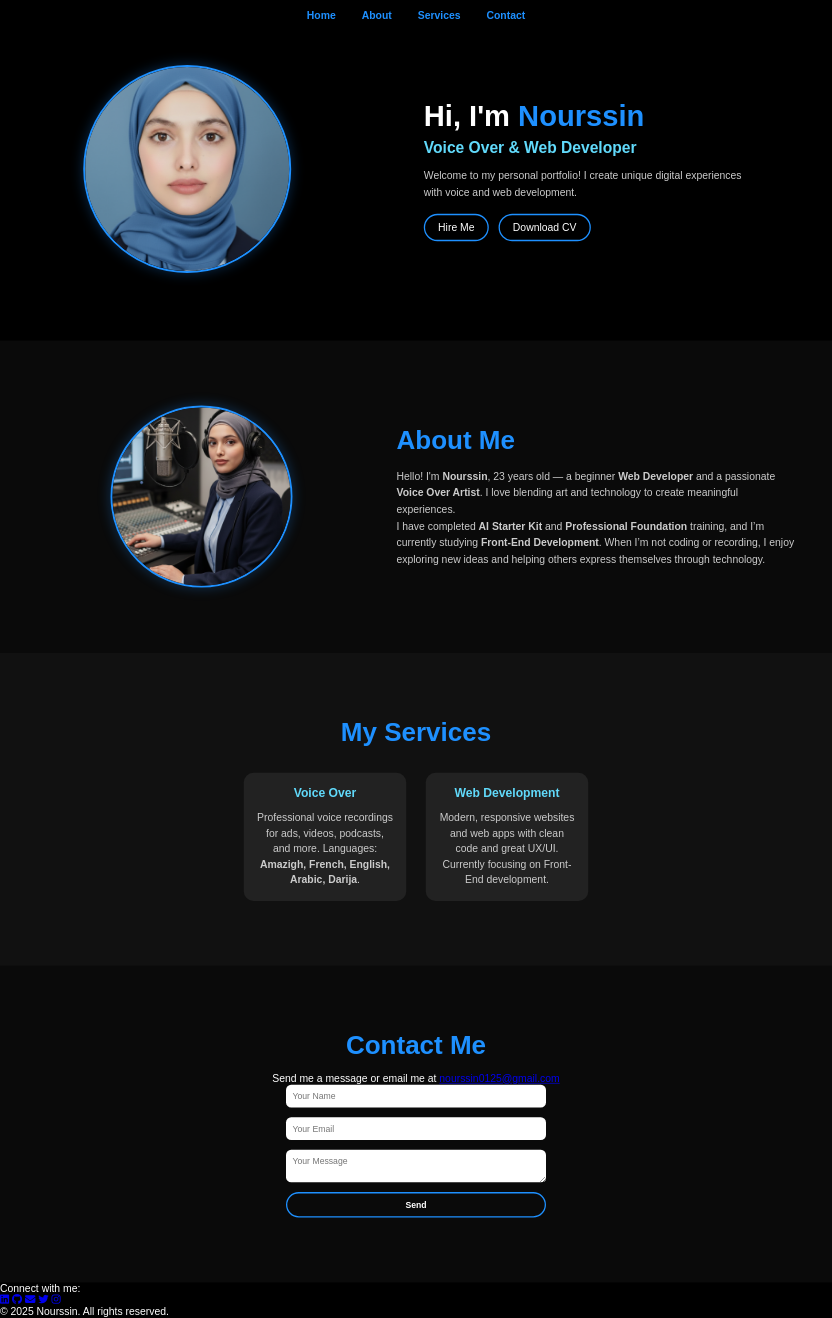
Repository: Abidar-Noura/portfolio
Page: index.html
An editor plug-in stored every save of this project. The page is shown before and after the next save, followed by the edit.
The browser window is 1280 px wide. The pictures show the whole page, at 65% of full size.

Above is the page before, as saved 2025-11-02 13:27:19.

### index.html
<!DOCTYPE html>
<html lang="en">
<head>
  <link rel="stylesheet" href="https://cdnjs.cloudflare.com/ajax/libs/font-awesome/6.4.0/css/all.min.css"/>
  <meta charset="UTF-8">
  <meta name="viewport" content="width=device-width, initial-scale=1.0">
  <title>Portfolio - Nourssin</title>
  <link rel="stylesheet" href="style.css">
</head>
<body>

  <!-- ===== HEADER / NAVIGATION ===== -->
  <header>
    <nav>
      <ul>
        <li><a href="#home">Home</a></li>
        <li><a href="#about">About</a></li>
        <li><a href="#services">Services</a></li>
        <li><a href="#contact">Contact</a></li>
      </ul>
    </nav>
  </header>

  <!-- ===== HOME SECTION ===== -->
  <section class="home" id="home">
    <div class="home-content">
      <h1>Hi, I'm <span>Nourssin</span></h1>
      <h2>Voice Over & Web Developer</h2>
      <p>Welcome to my personal portfolio! I create unique digital experiences with voice and web development.</p>

      <div class="buttons">
        <a href="#contact" class="btn hire">Hire Me</a>
        <a href="files/Nourssin-CV.pdf" class="btn" download>Download CV</a>

      </div>
    </div>
    <div class="home-img">
      <img src="images/profile.png" alt="Nourssin Profile">
    </div>
  </section>



  <!-- ===== ABOUT SECTION ===== -->
 <section id="about" class="about">
  <div class="about-content">

    <!-- الصورة فاليسار -->
    <div class="about-img">
      <img src="images/nourssin-about.png" alt="Nourssin About Photo">
    </div>

    <!-- النص فاليمين -->
    <div class="about-text">
      <h2>About Me</h2>
      <p>
        Hello! I'm <strong>Nourssin</strong>, 23 years old — a beginner <strong>Web Developer</strong> and a passionate <strong>Voice Over Artist</strong>.
        I love blending art and technology to create meaningful experiences.
      </p>
      <p>
        I have completed <strong>AI Starter Kit</strong> and <strong>Professional Foundation</strong> training, and I’m currently studying <strong>Front-End Development</strong>.
        When I’m not coding or recording, I enjoy exploring new ideas and helping others express themselves through technology.
      </p>
    </div>

  </div>
</section>




  <!-- ===== SERVICES SECTION ===== -->
  <section id="services" class="services">
  <h2>My Services</h2>

  <div class="service-cards">

    <!-- Voice Over -->
    <div class="card">
      <h3>Voice Over</h3>
      <p>
        Professional voice recordings for ads, videos, podcasts, and more.
        Languages: <strong>Amazigh, French, English, Arabic, Darija</strong>.
      </p>
    </div>

    <!-- Web Development -->
    <div class="card">
      <h3>Web Development</h3>
      <p>
        Modern, responsive websites and web apps with clean code and great UX/UI.
        Currently focusing on Front-End development.
      </p>
    </div>

  </div>
</section>

  <!-- ===== CONTACT SECTION ===== -->
  <section class="contact" id="contact">
    <h2>Contact Me</h2>
    <p>Send me a message or email me at <a href="mailto:nourssin0125@gmail.com">nourssin0125@gmail.com</a></p>
    <form>
      <input type="text" placeholder="Your Name" required>
      <input type="email" placeholder="Your Email" required>
      <textarea placeholder="Your Message" required></textarea>
      <button type="submit">Send</button>
    </form>
  </section>
<!-- ===== FOOTER ===== -->
<footer>
  <p>Connect with me:</p>
  <div class="footer-socials">
    <a href="https://www.linkedin.com/in/nourssin" target="_blank"><i class="fab fa-linkedin"></i></a>
    <a href="https://github.com/Nourssin" target="_blank"><i class="fab fa-github"></i></a>
    <a href="mailto:nourssin@example.com"><i class="fas fa-envelope"></i></a>
    <a href="https://twitter.com/Nourssin" target="_blank"><i class="fab fa-twitter"></i></a>
    <a href="https://instagram.com/Nourssin" target="_blank"><i class="fab fa-instagram"></i></a>
  </div>
  <p>&copy; 2025 Nourssin. All rights reserved.</p>
</footer>

</body>
</html>

### style.css
/* ===== RESET ===== */
* {
  margin: 0;
  padding: 0;
  box-sizing: border-box;
  font-family: 'Poppins', sans-serif;
}

/* ===== BODY ===== */
body {
  background-color: #000;
  color: #fff;
  scroll-behavior: smooth;
}

/* ===== HEADER ===== */
header {
  position: fixed;
  top: 0;
  width: 100%;
  background-color: #000;
  z-index: 1000;
  padding: 15px 0;
}

header nav ul {
  display: flex;
  justify-content: center;
  list-style: none;
  gap: 40px;
}

header nav ul li a {
  text-decoration: none;
  color: #1E90FF;
  font-weight: bold;
  transition: 0.3s;
}

header nav ul li a:hover {
  color: #61dafb;
}

/* ===== HOME SECTION ===== */
.home {
  display: flex;
  align-items: center;
  justify-content: space-between;
  padding: 100px 10%;
  background-color: #000;
  color: #fff;
  flex-wrap: wrap;
}

/* الصورة فاليسار */
.home-img {
  order: 1;
}

.home-img img {
  width: 320px;
  height: 320px;
  border-radius: 50%;
  border: 3px solid #1E90FF;
  object-fit: cover;
  box-shadow: 0 0 20px rgba(30,144,255,0.3);
  transition: transform 0.3s ease;
}

.home-img img:hover {
  transform: scale(1.05) rotate(2deg);
}

/* النص فاليمين */
.home-content {
  max-width: 500px;
  order: 2;
}

.home-content h1 {
  font-size: 2.8rem;
  margin-bottom: 10px;
}

.home-content h1 span {
  color: #1E90FF;
}

.home-content h2 {
  color: #61dafb;
  font-size: 1.5rem;
  margin-bottom: 15px;
}

.home-content p {
  color: #ccc;
  margin-bottom: 20px;
  line-height: 1.6;
}

.buttons {
  display: flex;
  gap: 15px;
}

.btn {
  text-decoration: none;
  color: white;
  padding: 10px 20px;
  border: 2px solid #1E90FF;
  border-radius: 25px;
  transition: 0.3s;
}

.btn:hover {
  background-color: #1E90FF;
  color: black;
}

/* ===== ABOUT SECTION ===== */
.about {
  padding: 100px 50px;
  background-color: #0a0a0a;
  color: #fff;
}

.about-content {
  display: flex;
  align-items: center;
  justify-content: space-between;
  gap: 40px;
  flex-wrap: wrap;
}

.about-text {
  flex: 1 1 400px;
}

.about-text h2 {
  color: #1E90FF;
  font-size: 2.5rem;
  margin-bottom: 20px;
}

.about-text p {
  color: #ccc;
  line-height: 1.6;
}

.about-img {
  flex: 1 1 300px;
  display: flex;
  justify-content: center;
}

.about-img img {
  width: 280px;
  height: 280px;
  border-radius: 50%;
  border: 3px solid #1E90FF;
  object-fit: cover;
  box-shadow: 0 0 20px rgba(30,144,255,0.3);
}

/* ===== SERVICES SECTION ===== */
.services {
  padding: 100px 50px;
  background-color: #111;
  color: #fff;
  text-align: center;
}

.services h2 {
  color: #1E90FF;
  margin-bottom: 40px;
  font-size: 2.5rem;
}

.service-cards {
  display: flex;
  flex-wrap: wrap;
  gap: 30px;
  justify-content: center;
}

.card {
  background-color: #222;
  padding: 20px;
  border-radius: 15px;
  width: 250px;
  transition: transform 0.3s, box-shadow 0.3s;
}

.card:hover {
  transform: translateY(-10px);
  box-shadow: 0 10px 20px rgba(30, 144, 255, 0.5);
}

.card h3 {
  color: #61dafb;
  margin-bottom: 15px;
}

.card p {
  color: #ccc;
  line-height: 1.5;
}

/* ===== CONTACT SECTION ===== */
.contact {
  padding: 100px 50px;
  background-color: #0a0a0a;
  color: #fff;
  text-align: center;
}

.contact h2 {
  color: #1E90FF;
  margin-bottom: 20px;
  font-size: 2.5rem;
}

.contact form {
  display: flex;
  flex-direction: column;
  gap: 15px;
  max-width: 400px;
  margin: 0 auto;
}

.contact input, .contact textarea {
  padding: 10px;
  border-radius: 8px;
  border: none;
}

.contact button {
  padding: 10px;
  border-radius: 25px;
  border: 2px solid #1E90FF;
  background-color: transparent;
  color: #fff;
  font-weight: bold;
  cursor: pointer;
  transition: 0.3s;
}

.contact button:hover {
  background-color: #1E90FF;
  color: black;
}

/* ===== RESPONSIVE ===== */
@media (max-width: 900px) {
  .home {
    flex-direction: column;
    text-align: center;
  }

  .home-img, .home-content {
    order: unset;
  }

  .home-img img {
    width: 250px;
    height: 250px;
    margin-bottom: 20px;
  }

  .about-content {
    flex-direction: column;
    text-align: center;
  }

  .about-img {
    margin-bottom: 20px;
  }
}
/* ===== Responsive (phones & tablets) ===== */
@media (max-width: 900px) {
  /* نخلي العناصر فوق بعضها */
  .home {
    flex-direction: column;
    text-align: center;
  }

  /* الصورة تطلع فوق */
  .home-img {
    order: 1;
  }

  /* النص ينزل تحت */
  .home-content {
    order: 2;
  }

  .home-img img {
    width: 250px;
    height: 250px;
    margin-bottom: 25px;
  }

  .home-content h1 {
    font-size: 2rem;
  }

  .home-content h2 {
    font-size: 1.2rem;
  }

  .home-content p {
    font-size: 0.95rem;
  }

  .buttons {
    justify-content: center;
  }
}

After the next save:
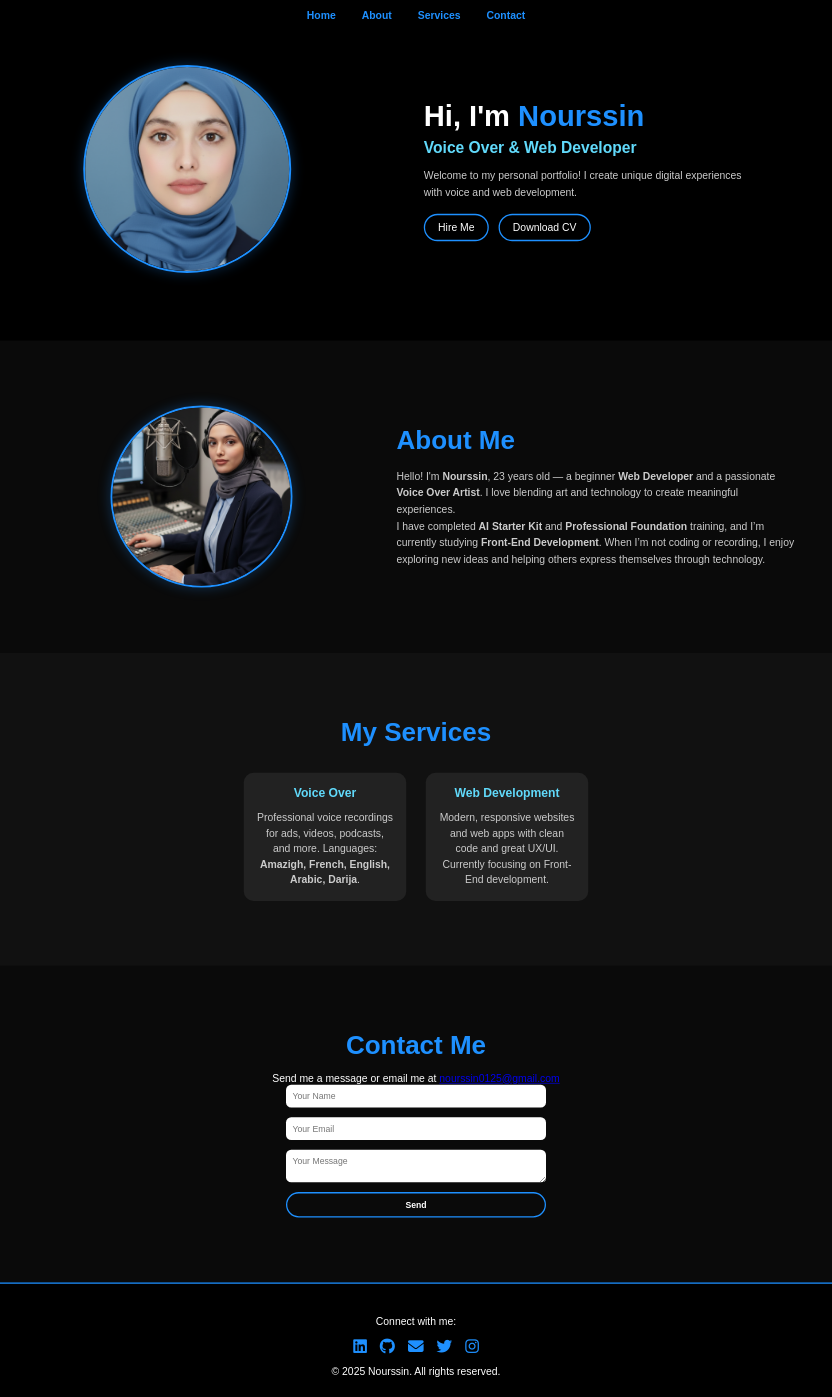
Saved 96 s later.
--- a/style.css
+++ b/style.css
@@ -316,3 +316,46 @@ header nav ul li a:hover {
     justify-content: center;
   }
 }
+/* ===== FOOTER ===== */
+footer {
+  background-color: #000;
+  color: #fff;
+  text-align: center;
+  padding: 40px 20px 20px 20px;
+  border-top: 2px solid #1E90FF;
+}
+
+footer p {
+  margin: 10px 0;
+  font-size: 1rem;
+}
+
+/* Social Icons Footer */
+.footer-socials {
+  display: flex;
+  justify-content: center;
+  gap: 20px;
+  margin: 15px 0;
+}
+
+.footer-socials a {
+  color: #1E90FF;
+  font-size: 1.5rem;
+  transition: 0.3s;
+}
+
+.footer-socials a:hover {
+  color: #61dafb;
+  transform: scale(1.2);
+}
+
+/* ===== Flex Column for full page ===== */
+body {
+  display: flex;
+  flex-direction: column;
+  min-height: 100vh;
+}
+
+main, .home, .about, .services, .contact {
+  flex: 1;
+}
